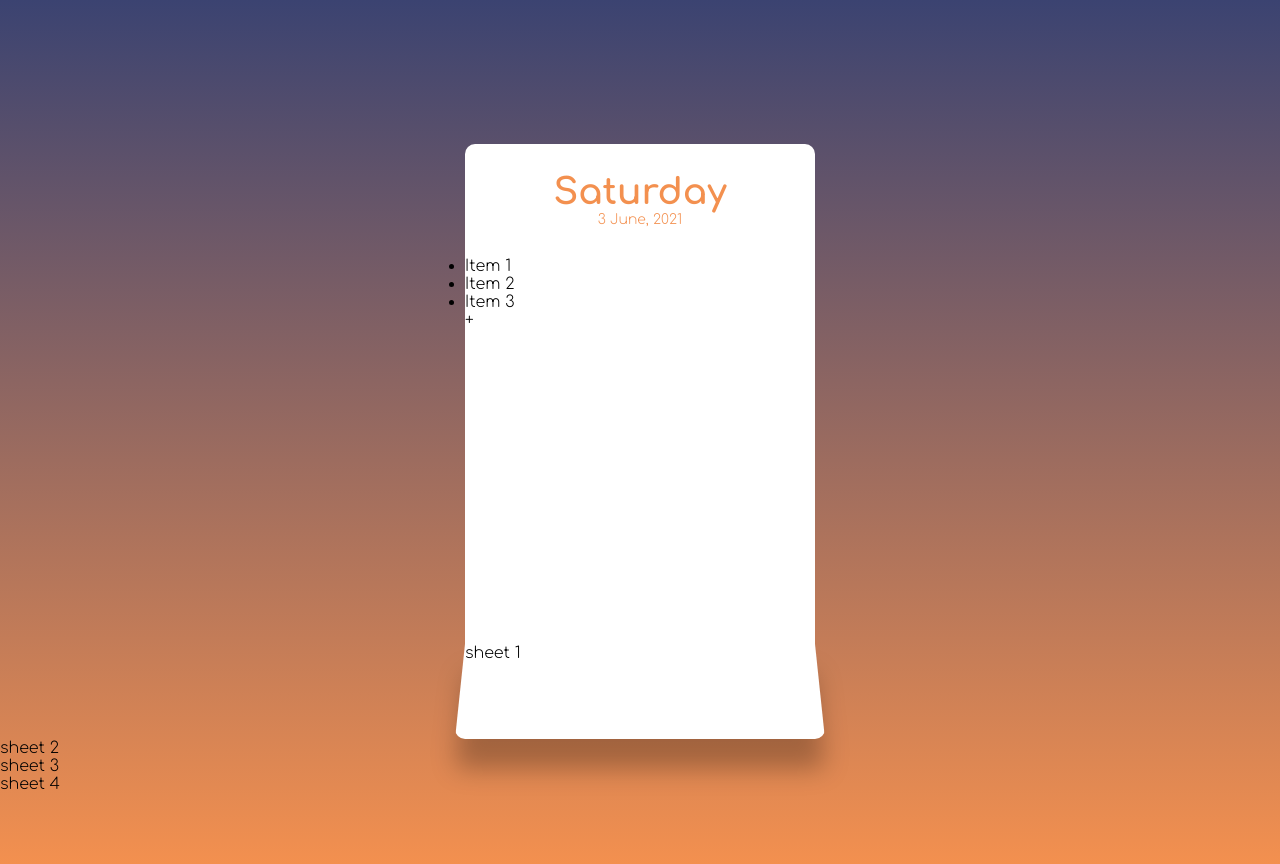
Repository: Colo-Codes/mini-projects
Page: todo-app/index.html
These files come from the project's save history. The page is drawn as it stood at one moment and after the next save; the edit follows.
The browser window is 1280 px wide. The pictures show the whole page.

Above is the page before, as saved 2021-07-04 11:41:18.

### todo-app/index.html
<!DOCTYPE html>
<html lang="en">
    <head>
        <meta charset="UTF-8" />
        <meta http-equiv="X-UA-Compatible" content="IE=edge" />
        <meta name="viewport" content="width=device-width, initial-scale=1.0" />
        <link rel="stylesheet" href="./css/index.css" />
        <title>Mini-Project - ToDo app</title>
    </head>
    <body>
        <div class="changing-background">
            <main class="todo">
                <section id="todo--header">
                    <header>Saturday</header>
                    <p>3 June, 2021</p>
                </section>
                <section id="todo--tasks-list">
                    <ul>
                        <li class="todo--tasks-list--item">Item 1</li>
                        <li class="todo--tasks-list--item">Item 2</li>
                        <li class="todo--tasks-list--item">Item 3</li>
                    </ul>
                </section>
                <section id="todo--footer">
                    <p>+</p>
                </section>
            </main>
            <div id="sheet-1-3d">sheet 1</div>
            <div id="sheet-2-3d">sheet 2</div>
            <div id="sheet-3-3d">sheet 3</div>
            <div id="sheet-4-3d">sheet 4</div>
        </div>
    </body>
</html>

### todo-app/css/index.css
@import url('https://fonts.googleapis.com/css2?family=Comfortaa:wght@300;700&display=swap');

/* Initial reset */

html {
    box-sizing: border-box;
    font-size: 16px;
}

*,
*:before,
*:after {
    box-sizing: inherit;
    margin: 0;
    padding: 0;
    /*outline: 1px dashed blue; /* Debugging purposes */
}

body {
    font-family: 'Comfortaa', cursive;
    background: #f3904f; /* fallback for old browsers */
    background: -webkit-linear-gradient(
        to bottom,
        #3b4371,
        #f3904f
    ); /* Chrome 10-25, Safari 5.1-6 */
    background: linear-gradient(
        to bottom,
        #3b4371,
        #f3904f
    ); /* W3C, IE 10+/ Edge, Firefox 16+, Chrome 26+, Opera 12+, Safari 7+ */
    background-repeat: no-repeat;
    background-size: cover;
    height: 100vh;
}

.todo {
    margin: auto;
    margin-top: 20vh;
    width: 350px;
    height: 500px;
    background-color: white;
    border-radius: 10px 10px 0 0;
}

#sheet-1-3d {
    width: 370px;
    height: 95px;
    margin: auto;
    border-radius: 0 0 10px 10px;
    /* trapezoidal shape */
    border-bottom: 95px solid white;
    border-left: 10px solid transparent;
    border-right: 10px solid transparent;
    /* height: 0; */
    /* width: 100px; */
    -webkit-filter: drop-shadow(0px 30px 12px rgba(0, 0, 0, 0.25));
    filter: drop-shadow(0px 30px 12px rgba(0, 0, 0, 0.25));
    -ms-filter: "progid:DXImageTransform.Microsoft.Dropshadow(OffX=0, OffY=30, Color='#444')";
    filter: "progid:DXImageTransform.Microsoft.Dropshadow(OffX=0, OffY=30, Color='#444')";
}
#sheet-1-3d::after {
    box-shadow: ;
    color: tomato;
    width: 370px;
    height: 95px;
    margin: auto;
    border-radius: 0 0 10px 10px;
    z-index: 10;
}

#todo--header header {
    padding-top: 1.75rem;
    font-size: 2.25rem;
    font-weight: 700;
    text-align: center;
    color: #f3904f;
}

#todo--header p {
    font-size: 0.875rem;
    text-align: center;
    color: #f3904f;
}

#todo--tasks-list {
    margin-top: 1.875rem;
}

After the next save:
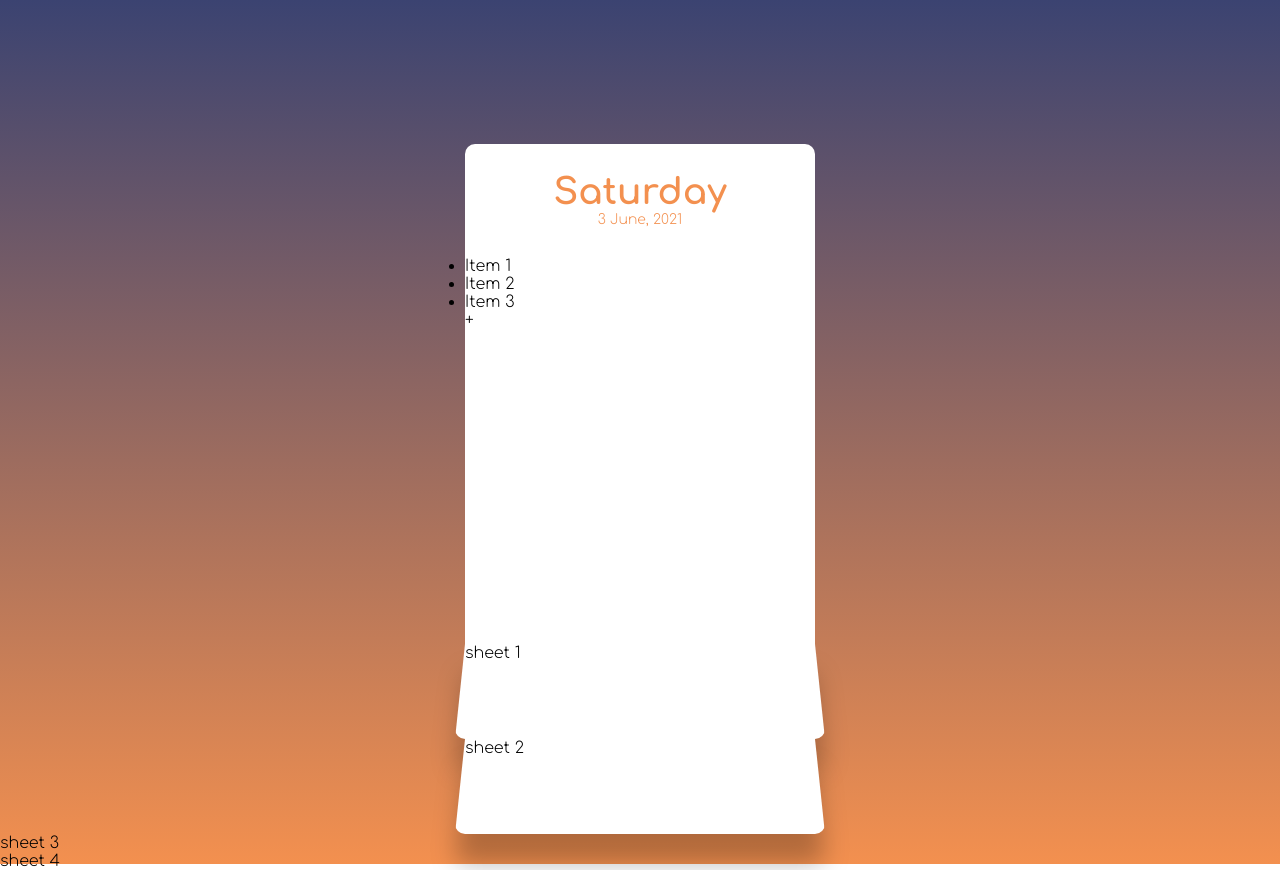
Saved 34 s later.
--- a/todo-app/css/index.css
+++ b/todo-app/css/index.css
@@ -52,21 +52,24 @@ body {
     border-bottom: 95px solid white;
     border-left: 10px solid transparent;
     border-right: 10px solid transparent;
-    /* height: 0; */
-    /* width: 100px; */
     -webkit-filter: drop-shadow(0px 30px 12px rgba(0, 0, 0, 0.25));
     filter: drop-shadow(0px 30px 12px rgba(0, 0, 0, 0.25));
     -ms-filter: "progid:DXImageTransform.Microsoft.Dropshadow(OffX=0, OffY=30, Color='#444')";
     filter: "progid:DXImageTransform.Microsoft.Dropshadow(OffX=0, OffY=30, Color='#444')";
 }
-#sheet-1-3d::after {
-    box-shadow: ;
-    color: tomato;
+#sheet-2-3d {
     width: 370px;
     height: 95px;
     margin: auto;
     border-radius: 0 0 10px 10px;
-    z-index: 10;
+    /* trapezoidal shape */
+    border-bottom: 95px solid white;
+    border-left: 10px solid transparent;
+    border-right: 10px solid transparent;
+    -webkit-filter: drop-shadow(0px 30px 12px rgba(0, 0, 0, 0.25));
+    filter: drop-shadow(0px 30px 12px rgba(0, 0, 0, 0.25));
+    -ms-filter: "progid:DXImageTransform.Microsoft.Dropshadow(OffX=0, OffY=30, Color='#444')";
+    filter: "progid:DXImageTransform.Microsoft.Dropshadow(OffX=0, OffY=30, Color='#444')";
 }
 
 #todo--header header {
